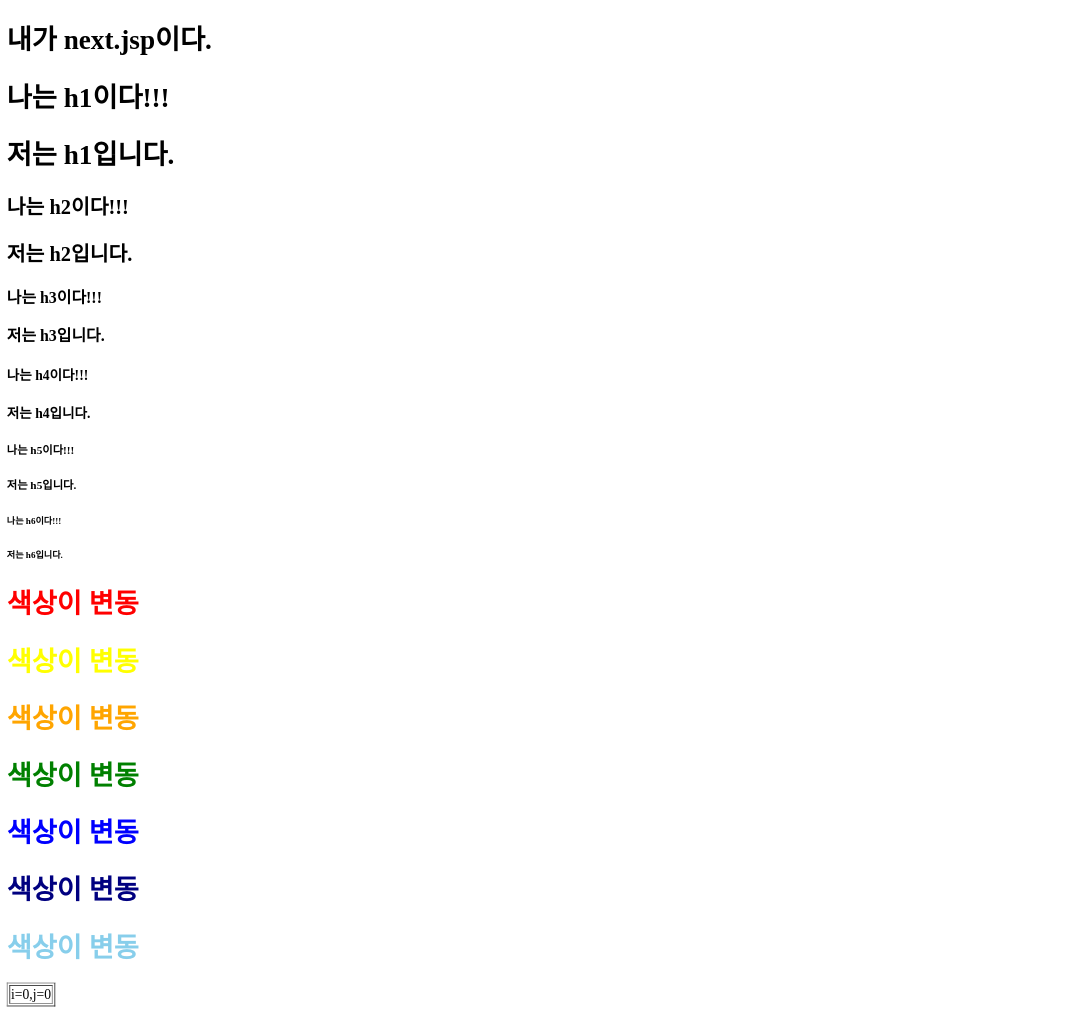
Repository: to-flatwhite1/JSP
Page: http://localhost/JSP07/next.jsp
These files come from the project's save history. The page is drawn as it stood at one moment and after the next save; the edit follows.
The browser window is 1280 px wide. The pictures show the whole page, at 85% of full size.
The page is served by Tomcat 9.

Above is the page before, as saved 2024-05-16 03:05:17.

### JSP07/src/main/webapp/next.jsp
<%@ page language="java" contentType="text/html; charset=utf-8"
    pageEncoding="utf-8"%>
<!DOCTYPE html>
<html>
	<head>
		<meta charset="utf-8">
		<title>for문의 사용예시</title>
		<style>

		</style>
	</head>
	<body>
		<h1>내가 next.jsp이다.</h1>
		<%
			for(int i=1; i<7; i++){
		%>
				<h<%=i %>>나는 h<%=i %>이다!!!</h<%=i %>>
		<%
			out.print("<h"+i+">저는 h"+i+"입니다.</h"+i+">");
			}
		%>

		<%
			String color="";
			for(int i=0; i<=6; i++){
				switch(i%7){
				case 0:color="red";
					break;
				case 1:color="yellow";
					break;
				case 2:color="orange";
					break;
				case 3:color="green";
					break;
				case 4:color="blue";
					break;
				case 5:color="navy";
					break;
				case 6:color="skyblue";
					break;
				case 7:color="purple";
					break;
				}
			%><h1 style="color:<%=color %>;">색상이 변동</h1><%

			}
			%>
			<!-- <a href=>아이디를 기준으로 이동</a> -->
			<table border=1>
			<tr>
			<td>i=0,j=0</td>
			</tr>
			</table>

	</body>
</html>

After the next save:
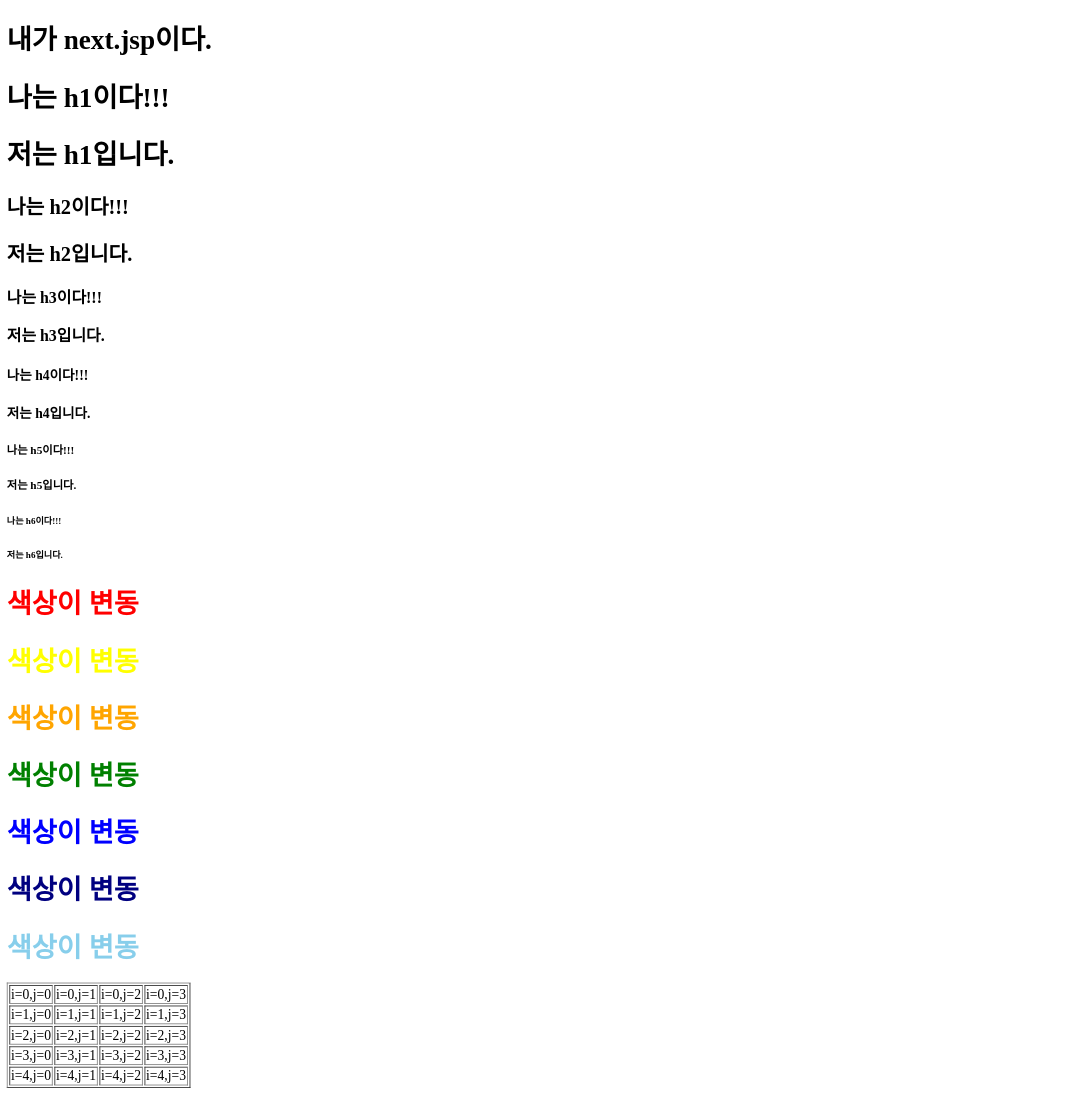
Saved 86 s later.
--- a/JSP07/src/main/webapp/next.jsp
+++ b/JSP07/src/main/webapp/next.jsp
@@ -47,9 +47,36 @@
 			%>
 			<!-- <a href=>아이디를 기준으로 이동</a> -->
 			<table border=1>
-			<tr>
-			<td>i=0,j=0</td>
-			</tr>
+				<tr>
+					<td>i=0,j=0</td>
+					<td>i=0,j=1</td>
+					<td>i=0,j=2</td>
+					<td>i=0,j=3</td>
+				</tr>
+				<tr>
+					<td>i=1,j=0</td>
+					<td>i=1,j=1</td>
+					<td>i=1,j=2</td>
+					<td>i=1,j=3</td>
+				</tr>
+				<tr>
+					<td>i=2,j=0</td>
+					<td>i=2,j=1</td>
+					<td>i=2,j=2</td>
+					<td>i=2,j=3</td>
+				</tr>
+				<tr>
+					<td>i=3,j=0</td>
+					<td>i=3,j=1</td>
+					<td>i=3,j=2</td>
+					<td>i=3,j=3</td>
+				</tr>
+				<tr>
+					<td>i=4,j=0</td>
+					<td>i=4,j=1</td>
+					<td>i=4,j=2</td>
+					<td>i=4,j=3</td>
+				</tr>
 			</table>
 
 	</body>
